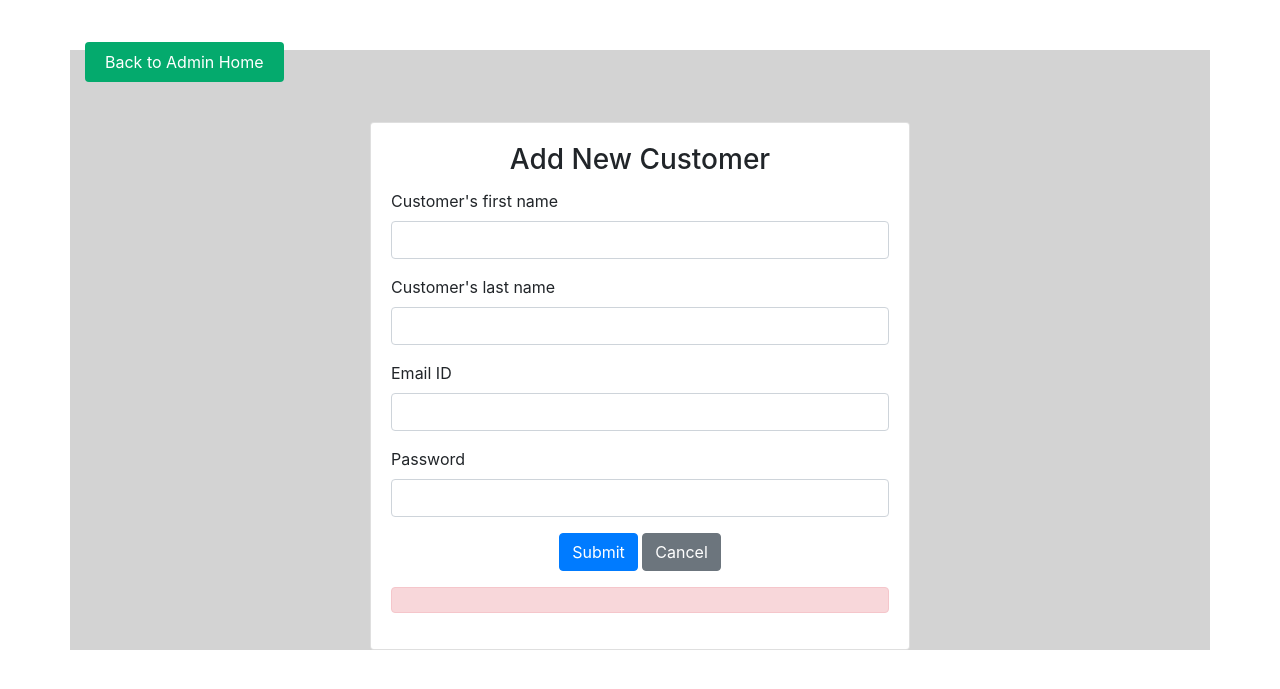
Repository: SuyashAwasthy/Javaee
Page: http://localhost/13-bank-application-mvc/addCustomer.jsp
The author's editor kept a copy of each file at every save. The page is drawn from the files as they stood at one save, then again after the next save.
The browser window is 1280 px wide. The pictures show the whole page.
Some web libraries are served in a nearby version. The page is served by Tomcat 9. Other server files are loaded and not shown.

Above is the page before, as saved 2024-07-22 16:20:22.

### 13-bank-application-mvc/WebContent/addCustomer.jsp
<%@ page language="java" contentType="text/html; charset=UTF-8"
	pageEncoding="UTF-8"%>
<!DOCTYPE html>
<html lang="en">
<head>
<meta charset="UTF-8">
<meta name="viewport" content="width=device-width, initial-scale=1.0">
<title>Add New Customer</title>
<link rel="stylesheet" href="css/styles.css">
<link rel="stylesheet"
	href="https://maxcdn.bootstrapcdn.com/bootstrap/4.0.0/css/bootstrap.min.css">
<style>
.container {
	margin-top: 50px;
}

.table {
	margin-top: 20px;
}
</style>
</head>
<body>
	<div class="container">
		<a href="admin" class="button">Back to Admin Home</a>
		<div class="row justify-content-center">
			<div class="col-md-6">
				<div class="card mt-5">
					<div class="card-body">
						<h3 class="card-title text-center">Add New Customer</h3>
						<form action="admin" method="get">
							<input type="hidden" name="command" value="add_customer">
							<div class="form-group">
								<label for="firstName">Customer's first name</label> <input
									type="text" class="form-control" id="first_name"
									name="first_name" required>
							</div>
							<div class="form-group">
								<label for="lastName">Customer's last name</label> <input
									type="text" class="form-control" id="last_name"
									name="last_name" required>
							</div>
							<div class="form-group">
								<label for="email">Email ID</label> <input type="email"
									class="form-control" id="email" name="email" required>
							</div>
							<div class="form-group">
								<label for="password">Password</label> <input type="password"
									class="form-control" id="password" name="password" required>
							</div>
							<div class="form-group text-center">
								<button type="submit" class="btn btn-primary">Submit</button>
								<button type="reset" class="btn btn-secondary">Cancel</button>
							</div>



						</form>
						<c:if test="${not empty errorMessage}">
							<div class="alert alert-danger mt-3">${errorMessage}</div>
						</c:if>
					</div>
				</div>
			</div>
		</div>
	</div>
	<script src="https://code.jquery.com/jquery-3.2.1.slim.min.js"></script>
	<script
		src="https://cdnjs.cloudflare.com/ajax/libs/popper.js/1.11.0/umd/popper.min.js"></script>
	<script
		src="https://maxcdn.bootstrapcdn.com/bootstrap/4.0.0/js/bootstrap.min.js"></script>
</body>
</html>

### 13-bank-application-mvc/WebContent/css/styles.css
body {
    background-color: #E5E4E2;
}


.container {
    background-color: #D3D3D3;
}

.button {
	margin-top: 10px;
  	padding: 10px 20px;
    background-color: #04AA6D;
    color: white;
    border: none;
    border-radius: 4px;
    font-size: 16px;
    cursor: pointer;
    transition: background-color 0.3s ease;

}

.button:hover {
    background-color: #45a049;
}

.date-form {
    margin-bottom: 20px;
    justify-content: center;
    align-items: center;
    display: flex;
}

.date-form label {
    margin-right: 10px;
    font-weight: bold;
    color: #333;
}

.date-form input[type="date"] {
    margin-right: 10px;
    padding: 5px;
    border-radius: 4px;
    border: 1px solid #ccc;
}

.date-form .btn {
    padding: 10px 20px;
    background-color: #04AA6D;
    color: white;
    border: none;
    border-radius: 4px;
    font-size: 16px;
    cursor: pointer;
    transition: background-color 0.3s ease;
}

.date-form .btn:hover {
    background-color: #45a049;
}

.search-form {
    margin-bottom: 20px;
    display: flex;
    justify-content: center;
    align-items: center;
}

.search-form label {
    margin-right: 10px;
    font-weight: bold;
    color: #333;
}

.search-form select,
.search-form input[type="text"] {
    margin-right: 10px;
    padding: 5px;
    border-radius: 4px;
    border: 1px solid #ccc;
    font-size: 14px;
    width: 200px;
}

.search-form .btn {
    padding: 10px 20px;
    background-color: #04AA6D;
    color: white;
    border: none;
    border-radius: 4px;
    font-size: 16px;
    cursor: pointer;
    transition: background-color 0.3s ease;
}

.search-form .btn:hover {
    background-color: #45a049;
}

After the next save:
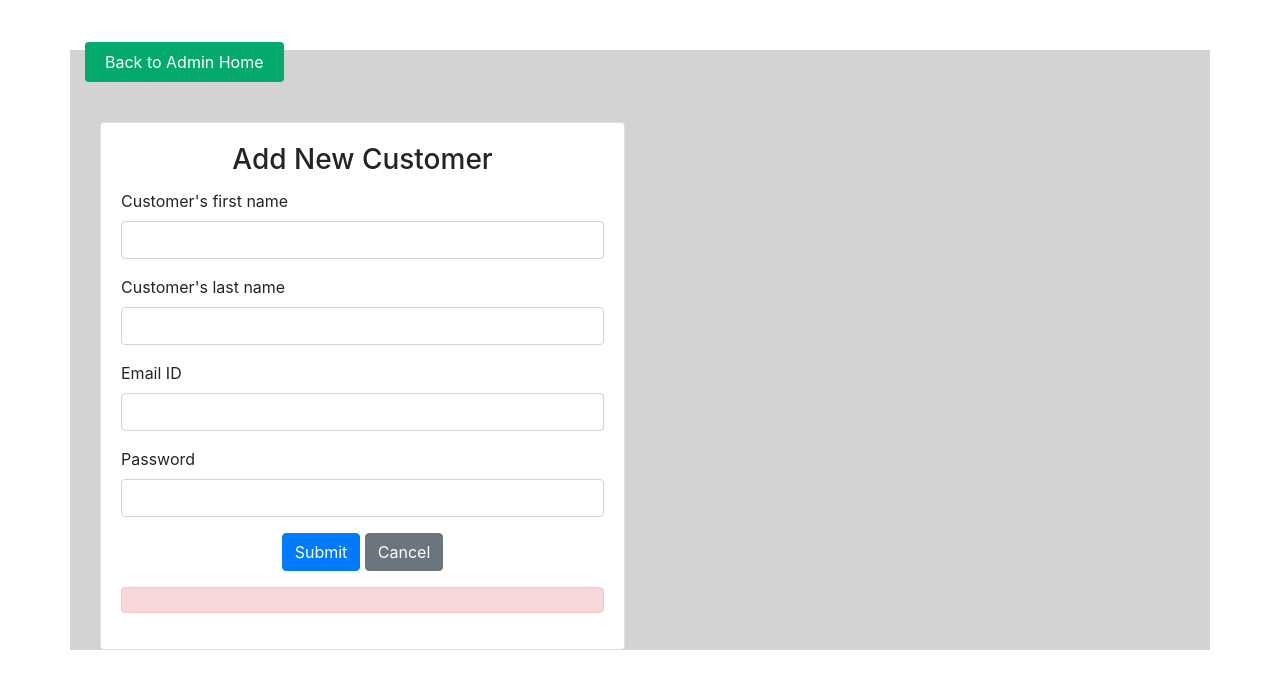
Saved 66 s later.
--- a/13-bank-application-mvc/WebContent/addCustomer.jsp
+++ b/13-bank-application-mvc/WebContent/addCustomer.jsp
@@ -22,7 +22,7 @@
 <body>
 	<div class="container">
 		<a href="admin" class="button">Back to Admin Home</a>
-		<div class="row justify-content-center">
+
 			<div class="col-md-6">
 				<div class="card mt-5">
 					<div class="card-body">
@@ -61,7 +61,7 @@
 					</div>
 				</div>
 			</div>
-		</div>
+
 	</div>
 	<script src="https://code.jquery.com/jquery-3.2.1.slim.min.js"></script>
 	<script

After the save that followed:
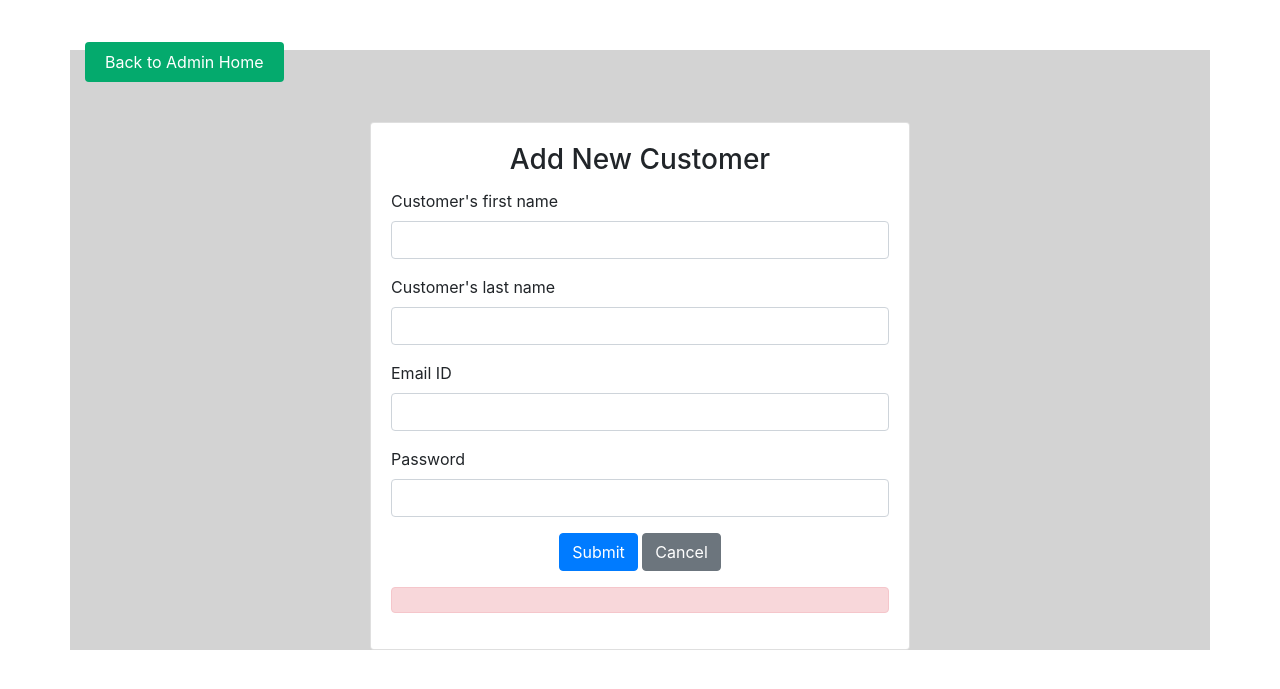
Saved 31 s later.
--- a/13-bank-application-mvc/WebContent/addCustomer.jsp
+++ b/13-bank-application-mvc/WebContent/addCustomer.jsp
@@ -22,7 +22,7 @@
 <body>
 	<div class="container">
 		<a href="admin" class="button">Back to Admin Home</a>
-
+		<div class="row justify-content-center">
 			<div class="col-md-6">
 				<div class="card mt-5">
 					<div class="card-body">
@@ -61,7 +61,7 @@
 					</div>
 				</div>
 			</div>
-
+		</div>
 	</div>
 	<script src="https://code.jquery.com/jquery-3.2.1.slim.min.js"></script>
 	<script
